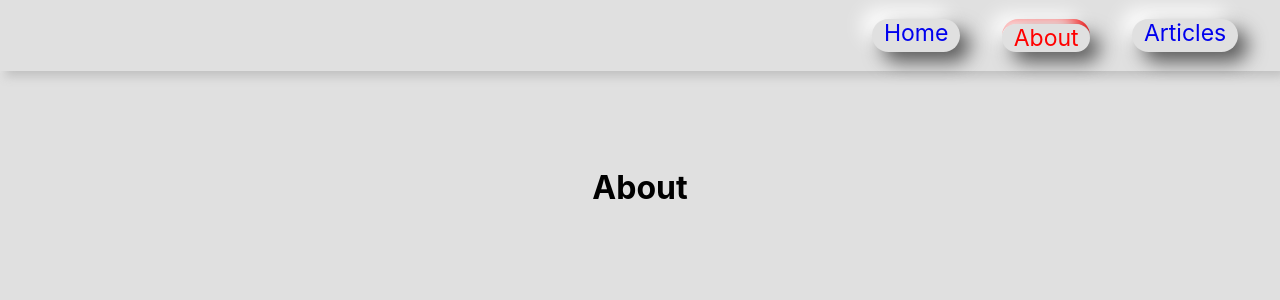
Repository: ShindanoSingi/react-software-architecture-course
Page: /about
These files come from the project's save history. The page is drawn as it stood at one moment and after the next save; the edit follows.
The browser window is 1280 px wide. The pictures show the whole page.
The project was rebuilt for these pictures with package versions that can differ from the ones it lists, and the page was loaded fresh each time. Also part of the build but not shown: src/pages/Home.js, src/pages/Articles.js.

Above is the page before, as saved 2022-12-25 21:07:24.

### src/index.css
body {
  margin: 0;
  font-family: -apple-system, BlinkMacSystemFont, 'Segoe UI', 'Roboto', 'Oxygen',
    'Ubuntu', 'Cantarell', 'Fira Sans', 'Droid Sans', 'Helvetica Neue',
    sans-serif;
  -webkit-font-smoothing: antialiased;
  -moz-osx-font-smoothing: grayscale;

  background: #e0e0e0;
  box-shadow: 5px 5px 10px #bebebe,
      -5px -5px 10px #ffffff;
}

code {
  font-family: source-code-pro, Menlo, Monaco, Consolas, 'Courier New',
    monospace;
}

### src/App.js
import './App.css';
import { Routes, Route, NavLink } from 'react-router-dom';
import Home from './pages/Home';
import About from './pages/About';
import Articles from './pages/Articles';


function App() {

  return (
    <>
      <nav className='nav-bar'>
      <ul className='list-container'>
        <NavLink to='/' className={({isActive}) => isActive ? "is-active" : null}>
          <li className='home'>Home</li>
        </NavLink>

        <NavLink to='/about' className={({isActive}) => isActive ? "is-active" : null}>
          <li className='about'>About</li>
        </NavLink>

        <NavLink to='/articles' className={({isActive}) => isActive ? "is-active" : null}>
          <li className='articles'>Articles</li>
        </NavLink>
      </ul>
    </nav>
      <Routes>
        <Route path='/' element={<Home />}/>
        <Route path='about' element={<About />}/>
        <Route path='articles' element={<Articles />}/>
      </Routes>
    </>
  );
}

export default App;

### src/App.css
h1 {
    text-align: center;
    margin: 0rem;
    padding: 0.5em;
}

.is-active {
    color: red;
    border-top: 5px solid red;
    border-radius: 205px;
}

.home,
.about,
.articles {
    border-radius: 205px;
    background: #e0e0e0;
    box-shadow: 10px 10px 19px #5a5a5a,
        -10px -10px 19px #ffffff;
    padding: 0 0.5em;
}

.list-container,
a {
    font-size: 1.2em;
    list-style: none;
    text-decoration: none;
    display: flex;
    justify-content: flex-end;
    gap: 1em;
    margin-right: 1em;
}

.nav-bar {
    position: fixed;
    width: 100%;
    top: 0;
    background: #e0e0e0;
    box-shadow: 5px 5px 10px #bebebe,
        -5px -5px 10px #ffffff;
}

.container {
    position: fixed;
    top: 4.5em;
    width: 80%;
    margin: 0 10%;
    height: 100%;
    padding-top: 5em;
}

### src/pages/About.js
import React from 'react';

const About = () => {
  return (
    <div className='container'>
      <h1>About</h1>
    </div>
  );
}

export default About;

Loaded but not shown: public/index.html (common file); src/index.js (common file); src/reportWebVitals.js (common file)

After the next save:
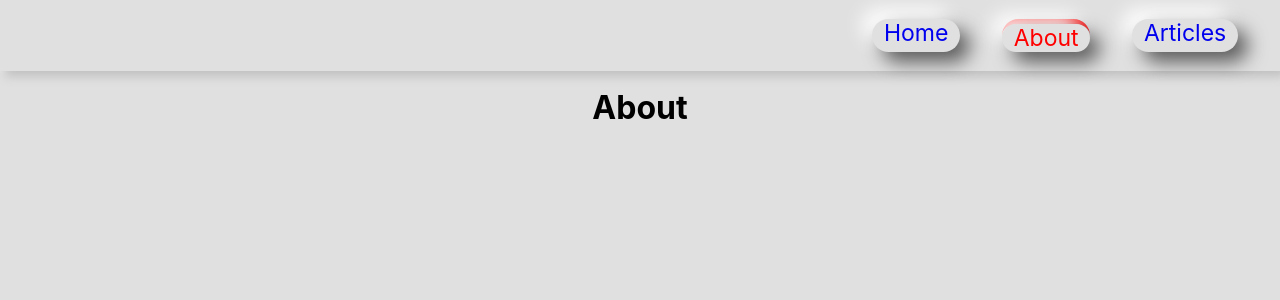
Saved 11 s later.
--- a/src/App.css
+++ b/src/App.css
@@ -46,5 +46,4 @@ a {
     width: 80%;
     margin: 0 10%;
     height: 100%;
-    padding-top: 5em;
 }
